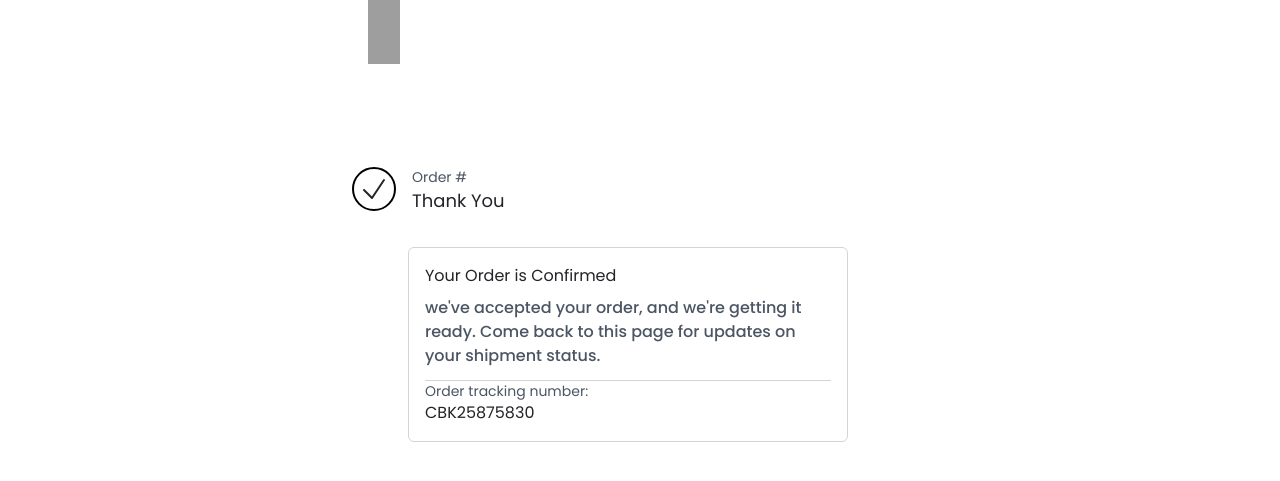
Repository: Deonorla/apple_redesign
Page: /success
These files come from the project's save history. The page is drawn as it stood at one moment and after the next save; the edit follows.
The browser window is 1280 px wide. The pictures show the whole page.
Pictures or frames that could not be fetched are drawn as grey boxes. The project was rebuilt for these pictures with package versions that can differ from the ones it lists, and the page was loaded fresh each time. The framework's server and built-in components were replaced by stand-ins that run in the browser. Also part of the build but not shown: next.config.js.

Above is the page before, as saved 2024-02-06 00:55:12.

### pages/_app.tsx
import "@/styles/globals.css";
import type { AppProps } from "next/app";
import Head from "next/head";
import { Provider } from "react-redux";
import { store } from "../redux/store";
import { Toaster } from "react-hot-toast";

export default function App({ Component, pageProps }: AppProps) {
  return (
    <Provider store={store}>
      <Head>
        <title>Apple Redesign</title>
      </Head>
      <Toaster />
      <Component {...pageProps} />
    </Provider>
  );
}

### pages/success.tsx
import Head from "next/head";
import Link from "next/link";
import Image from "next/image";
import React from "react";
import { CheckIcon } from "@heroicons/react/24/outline";
import { useRouter } from "next/router";

const success = () => {
  const router = useRouter();
  const { session_id } = router.query;
  return (
    <div>
      <Head>
        <title>Thank you! - Apple</title>
        <link rel="icon" href="/favicon.ico" />
      </Head>
      <header className="mx-auto max-w-xl">
        <Link href="/">
          <div className="relative ml-4 h-16 w-8 cursor-pointer transition lg:inline-flex ">
            <Image
              src="https://www.freeiconspng.com/uploads/apple-icon-4.png"
              width={200}
              height={200}
              style={{ objectFit: "cover" }}
              alt=""
            />
          </div>
        </Link>
      </header>
      <main className="">
        <section className="lg:mx-w-none order-2 mx-auto max-w-xl pb-12 lg:pr-16 lg:pt-16 2xl:pl-44">
          <div className="my-8 ml-4 flex space-x-4 lg:ml-14 xl:ml-0">
            <div className="flex h-11 w-11 items-center justify-center rounded-full border-2 border-black">
              <CheckIcon className="h-8 w-8" />
            </div>
            <div>
              <p className="text-sm text-gray-600">
                Order #{session_id?.slice(-5)}
              </p>
              <h4 className="text-lg">
                Thank You
                {/* {session ? session?.user?.name..split(" ")[0] : "Guest"} */}
              </h4>
            </div>
          </div>
          <div className="mx-4 divide-y divide-gray-300 rounded-md border border-gray-300 p-4 lg:ml-14">
            <div className="space-y-2 pb-3">
              <p>Your Order is Confirmed</p>
              <p className="font-medium text-gray-600">
                we've accepted your order, and we're getting it ready. Come back
                to this page for updates on your shipment status.
              </p>
            </div>
            <div>
              <p className="text-sm text-gray-600">Order tracking number:</p>
              <p>CBK25875830</p>
            </div>
          </div>
          <div></div>
        </section>
      </main>
    </div>
  );
};

export default success;

### styles/globals.css
@import url("https://fonts.googleapis.com/css2?family=Poppins:ital,wght@0,100;0,200;0,300;0,400;0,500;0,600;0,700;0,800;0,900;1,100;1,200;1,300;1,400;1,500;1,600;1,700;1,800;1,900&family=Ultra&display=swap");

@tailwind base;
@tailwind components;
@tailwind utilities;

:root {
  --foreground-rgb: 0, 0, 0;
  --background-start-rgb: 214, 219, 220;
  --background-end-rgb: 255, 255, 255;
}

@media (prefers-color-scheme: dark) {
  :root {
    --foreground-rgb: 255, 255, 255;
    --background-start-rgb: 0, 0, 0;
    --background-end-rgb: 0, 0, 0;
  }
}

@layer base {
  body {
    @apply font-body text-[#232428];
  }
}

@layer components {
  .headerLink {
    @apply cursor-pointer opacity-75 transition hover:opacity-100;
  }
  .headerIcon {
    @apply h-6 w-6 cursor-pointer opacity-75 transition hover:opacity-100;
  }
  .link {
    @apply relative cursor-pointer text-lg font-medium before:absolute before:inset-x-0
    before:-bottom-1.5 before:h-0.5 before:origin-left before:scale-x-0 before:transform before:rounded-bl before:bg-black before:transition-all before:duration-200 hover:before:scale-x-100;
  }
  .borderGradient {
    text-align: center;
    padding-bottom: 5px;
    background: linear-gradient(to right, #ec4899, #8b5cf6) left bottom
      no-repeat;
    background-size: 100% 2px;
  }

  .tabPanel {
    @apply grid grid-cols-1 gap-8 sm:grid-cols-2 md:grid-cols-1 lg:grid-cols-2 xl:grid-cols-3;
  }
}

### redux/store.ts
import { configureStore } from "@reduxjs/toolkit";
import basketReducer from "./slices/basketSlice";
export const store = configureStore({
  reducer: {
    basket: basketReducer,
  },
});

export type RootState = ReturnType<typeof store.getState>;
export type AppDispatch = typeof store.dispatch;

### redux/slices/basketSlice.ts
import { createSlice } from "@reduxjs/toolkit";
import type { PayloadAction } from "@reduxjs/toolkit";
import { RootState } from "../store";

export interface BasketState {
  items: Product[];
}

const initialState: BasketState = {
  items: [],
};

export const basketSlice = createSlice({
  name: "basket",
  initialState,
  reducers: {
    addToBasket: (state: BasketState, action: PayloadAction<Product>) => {
      state.items = [...state.items, action.payload];
    },
    removeFromBasket: (
      state: BasketState,
      action: PayloadAction<{ id: string }>
    ) => {
      const index = state.items.findIndex(
        (item: Product) => item._id === action.payload.id
      );

      let newBasket = [...state.items];
      if (index >= 0) {
        newBasket.splice(index, 1);
      } else {
        console.log(`can\'t remove product (id: ${action.payload.id})`);
      }
      state.items = newBasket;
    },
  },
});

export const { addToBasket, removeFromBasket } = basketSlice.actions;

export const selectBasketItems = (state: RootState) => state.basket.items;
export const selectBasketItemsWithId = (state: RootState, id: string) => {
  state.basket.items.filter((item: Product) => item._id === id);
};

export const selectBasketTotal = (state: RootState) => {
  const result = state.basket.items.reduce(
    (total: number, item: Product) => (total += item.price),
    0
  );
  return result;
};

export default basketSlice.reducer;

### tailwind.config.js
/** @type {import('tailwindcss').Config} */
module.exports = {
  content: [
    "./pages/**/*.{js,ts,jsx,tsx,mdx}",
    "./components/**/*.{js,ts,jsx,tsx,mdx}",
    "./app/**/*.{js,ts,jsx,tsx,mdx}",
  ],
  theme: {
    extend: {
      fontFamily: {
        body: ["Poppins", "sans-serif"],
      },
      backgroundImage: {
        "gradient-radial": "radial-gradient(var(--tw-gradient-stops))",
        "gradient-conic":
          "conic-gradient(from 180deg at 50% 50%, var(--tw-gradient-stops))",
      },
    },
  },
  plugins: [],
};

Loaded but not shown: pages/_document.tsx (common file)

After the next save:
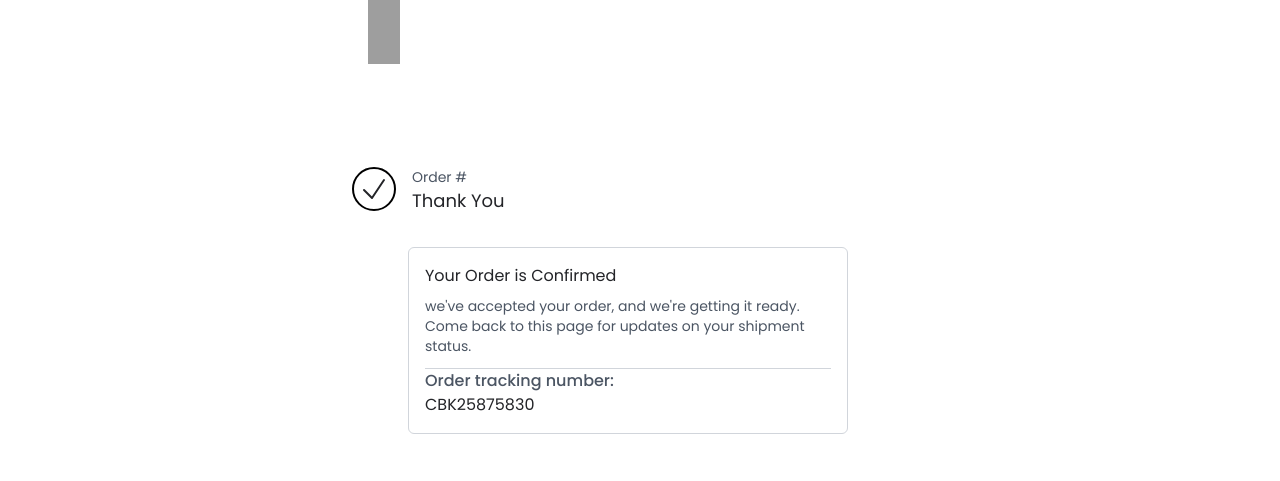
Saved 78 s later.
--- a/pages/success.tsx
+++ b/pages/success.tsx
@@ -46,13 +46,15 @@
           <div className="mx-4 divide-y divide-gray-300 rounded-md border border-gray-300 p-4 lg:ml-14">
             <div className="space-y-2 pb-3">
               <p>Your Order is Confirmed</p>
-              <p className="font-medium text-gray-600">
+              <p className="text-sm text-gray-600">
                 we've accepted your order, and we're getting it ready. Come back
                 to this page for updates on your shipment status.
               </p>
             </div>
             <div>
-              <p className="text-sm text-gray-600">Order tracking number:</p>
+              <p className=" font-medium text-gray-600">
+                Order tracking number:
+              </p>
               <p>CBK25875830</p>
             </div>
           </div>
